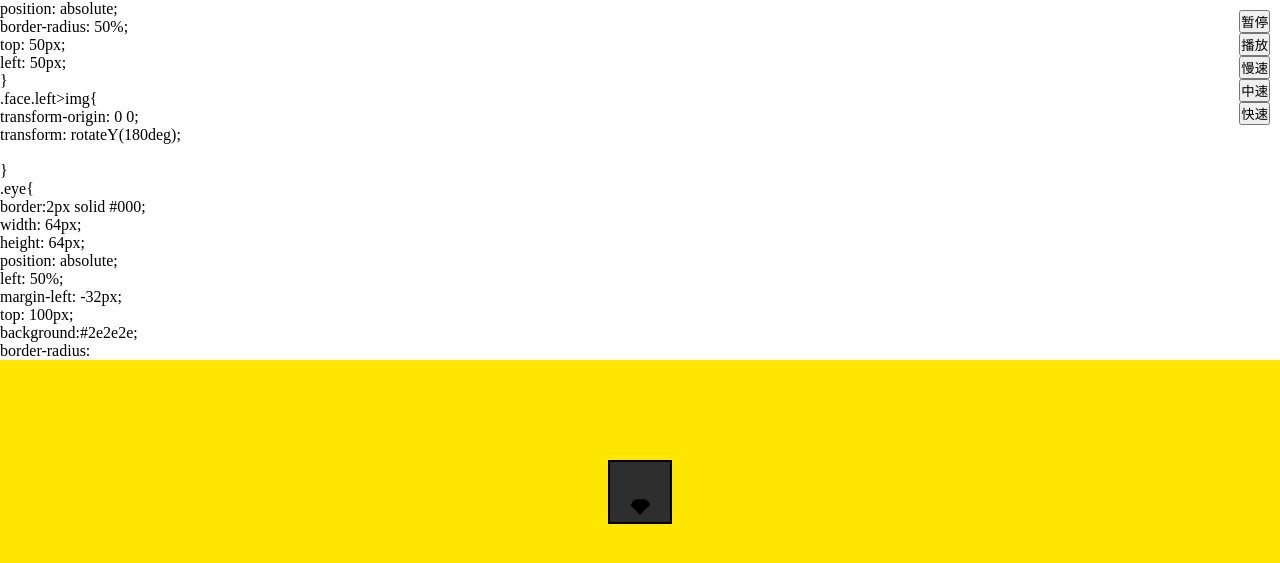
Repository: chenguocan/Pokemon
Page: src/test.html
These files come from the project's save history. The page is drawn as it stood at one moment and after the next save; the edit follows.
The browser window is 1280 px wide. The pictures show the whole page.
An inner scrolling area shows only its first screen.

Above is the page before, as saved 2020-08-16 18:44:56.

### src/test.html
<!DOCTYPE html>
<html lang="en">

<head>
    <meta charset="UTF-8">
    <meta name="viewport" content="width=device-width, initial-scale=1.0">
    <title>Document</title>
    <style>
        #demo2 {
            display: none;
        }

        #demo {
            position: fixed;
            height: 50vh;
            top: 0;
            left: 0;
            width: 100%;
            overflow-y: auto;
        }

        #demo::-webkit-scrollbar {
            display: none;
        }

        #html {
            position: fixed;
            bottom: 0;
            left: 0;
            width: 100%;
            height: 50vh;
        }

        #buttons {
            position: fixed;
            display: flex;
            flex-direction: column;
            z-index: 10;
            margin-top: 10px;
            margin-right: 10px;
            top: 0;
            right: 0;
        }

        #buttons>button {
            margin-bottom: 0px;
        }
    </style>
</head>

<body>
    <div id="demo"></div>
    <style id="demo2"></style>
    <div id="buttons">
        <button id="btnPause">暂停</button>
        <button id="btnPlay">播放</button>
        <button id="btnSlow">慢速</button>
        <button id="btnNormal">中速</button>
        <button id="btnFase">快速</button>
    </div>

    <div id="html">
        <div class="skin">
            <div class="eye left"></div>
            <div class="eye right"></div>
            <div class="nose">
                <div class="yuan"></div>
            </div>
            <div class="face left">
                <img src="./images/3.gif" alt="">
            </div>
            <div class="face right">
                <img src="./images/3.gif" alt="">
            </div>
            <div class="mouth">
                <div class="up">
                    <div class="lip left"></div>
                    <div class="lip right"></div>
                </div>
                <div class="down">
                    <div class="yuan1">
                        <div class="yuan2"></div>
                    </div>
                </div>
            </div>
        </div>
    </div>
    <script src="test.js"></script>
</body>

</html>

### src/test.js
let n = 1;
const string = `
*{
    box-sizing: border-box;
    margin: 0;
    padding: 0;
}
*::after{
    box-sizing: border-box;
}
*::before{
    box-sizing: border-box;
}
.skin{
    position: relative;
    background:#ffe600;
    height: 100vh;
}
.nose{
    border: 10px solid;
    border-color:black transparent transparent transparent;
    width: 0px;
    height: 0px;
    position: relative;
    left: 50%;
    top: 145px;
    margin-left: -10px;
    z-index: 10;
}
@keyframes wave{
    0%{
        transform: rotate(0deg);
    }
    33%{
        transform: rotate(5deg);
    }
    66%{
        transform: rotate(-5deg);
    }
    100%{
        transform: rotate(0deg);
    }
}
.nose:hover{
    transform-origin: 50% 100%;
    animation:wave 500ms infinite;
}
.yuan{
    position: absolute;
    width: 18.5px;
    height: 7px;
    background:black;
    top:-16px;
    left:-9px;
    border-radius:14px 14px 0 0;
}
.face>img{
    position: absolute;
    border-radius: 50%;
    top: 50px;
    left: 50px;
}
.face.left>img{
    transform-origin: 0 0;
    transform: rotateY(180deg);

}
.eye{
    border:2px solid #000;
    width: 64px;
    height: 64px;
    position: absolute;
    left: 50%;
    margin-left: -32px;
    top: 100px;
    background:#2e2e2e;
    border-radius: 50%;
}
.eye::before{
    content:"";
    display: block;
    border:3px solid white;
    width: 25px;
    height: 25px;
    border-radius: 50%;
    background:#fff;
    position: relative;
    left: 8px;
    top:2px;
}
.left{
    transform: translateX(-100px);
}
.right{
    transform: translateX(100px);
}
.mouth{
    width:200px;
    height: 200px;
    position: absolute;
    left: 50%;
    top:170px;
    margin-left: -100px;
}
.mouth .up{
    position: relative;
    top: -7px;
}
.mouth .up .lip{
    border:5px solid black;
    height: 30px;
    width:100px;
     background:#ffe600;
    border-top-color:transparent ;
    border-right-color: transparent;
    left: 50%;
    margin-left: -50%;
    z-index: 1;
}
.mouth .up .lip.left{
    border-radius: 0 0 0 50px;
    position: relative;
    transform: rotate(-20deg);
    position: absolute;
}
.mouth .up .lip.left::before{

    right: -6px;

}
.mouth .up .lip::before{
    content:"";
    display: block;
    width: 7px;
    height: 30px;
    position: absolute;
    bottom: 0;
    background:#ffe600;
}
.mouth .up .lip.right{
    border-radius: 0 0 50px 0;
    position: relative;
    transform: rotate(20deg) translateX(48px) translateY(-18px);
    position: absolute;
    left: 50%;
    margin-left: -50px;
}
.mouth .up .lip.right::before{

    left: -6px;

}
.mouth .down{
    height: 180px;
    position: absolute;
    top:0px;
    width: 100%;
    overflow:hidden;
}
.mouth .down .yuan1{
    border:3px solid black;
    height: 1000px;
    width: 150px;
    border-radius: 75px/300px;
    position: absolute;
    bottom: 0;
    left: 50%;
    margin-left: -75px;
    background:#9b000a;
    overflow: hidden;
}
.mouth .down .yuan1 .yuan2{

    background: #ff485f;
    height: 300px;
    width: 200px;
    position: absolute;
    bottom:-155px;
    left: 50%;
    margin-left: -100px;
    border-radius: 120px;
}
.face{
    position: absolute;
    left: 50%;
    border:3px solid black;
    width: 88px;
    height: 88px;
    top:200px;
    margin-left: -44px;
    z-index:3;
}
.face .left{
    transform: translateX(-200px);
    background:#ff0000;
    border-radius: 50%;
}
.face.left{
    transform: translateX(-200px);
    background:#ff0000;
    border-radius: 50%;
}
.face.right{
    transform: translateX(200px);
    background:#ff0000;
    border-radius: 50%;
}

`
const demo2 = document.querySelector("#demo2");
const demo = document.querySelector("#demo");
demo.innerText = string.substr(0, n);
demo2.innerHTML = string.substr(0, n);
let id = setInterval(() => {
    n += 1;
    if (n > string.length) {
        window.clearInterval(id);
        return
    }
    demo.innerText = string.substr(0, n);
    demo2.innerHTML = string.substr(0, n);
    demo.scrollTop = demo.scrollHeight;
    console.log(string);
}, 1)

After the next save:
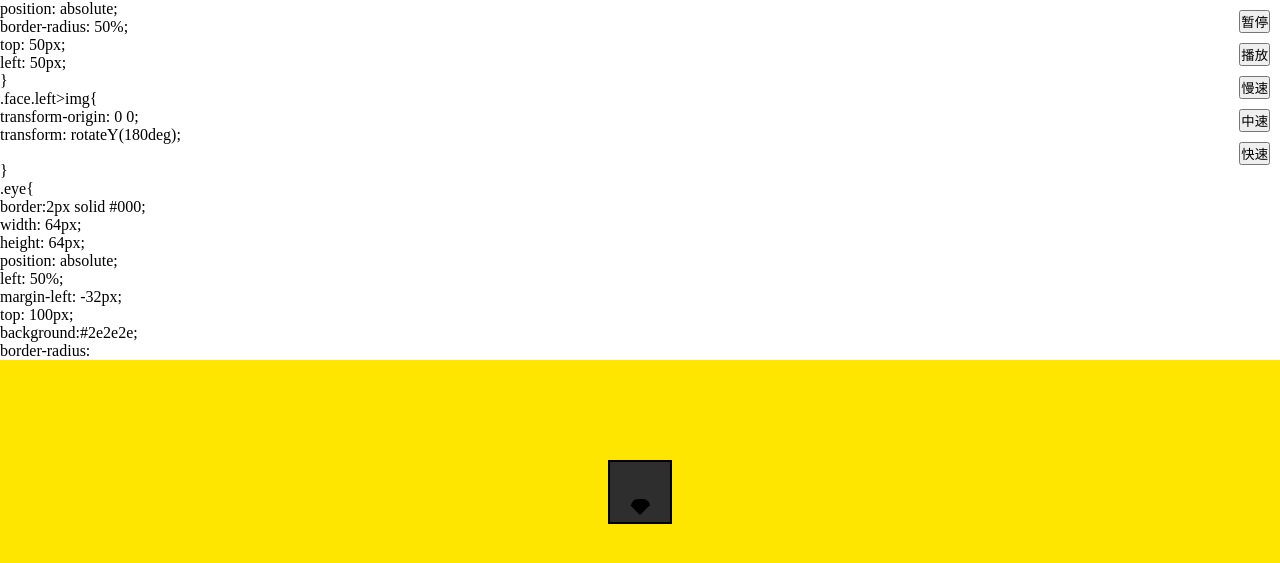
Saved 22 s later.
--- a/src/test.html
+++ b/src/test.html
@@ -43,7 +43,7 @@
         }
 
         #buttons>button {
-            margin-bottom: 0px;
+            margin-bottom: 10px;
         }
     </style>
 </head>
